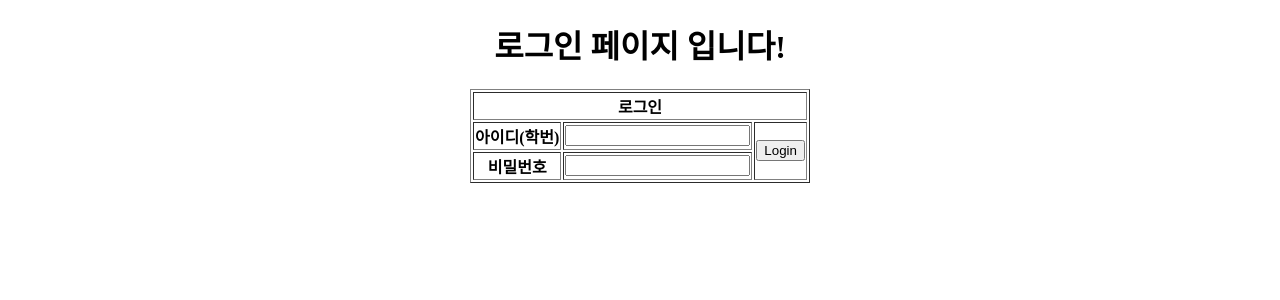
Repository: Park-In-Geun/Programming
Page: 웹프로그래밍 프로젝트/WebProject/WebContent/login.html
The author's editor kept a copy of each file at every save. The page is drawn from the files as they stood at one save, then again after the next save.
The browser window is 1280 px wide. The pictures show the whole page.

Above is the page before, as saved 2018-06-13 16:18:34.

### 웹프로그래밍 프로젝트/WebProject/WebContent/login.html
<!DOCTYPE html>
<html>
<head>
<meta charset="EUC-KR">
<title>로그인 페이지</title>
</head>
<body>
<center>
<h1>로그인 페이지 입니다!</h1>
<form method=post action=login.jsp>
<table border=collapse>
<tr>
	<td colspan="3" align="center"><strong>로그인</strong></td>
</tr>
<tr>
	<td align="center"><strong>아이디(학번)</strong>
	<td><input type=text name=id>
	<td rowspan="2"><input type=submit value=Login>
</tr>
<tr>
	<td align="center"><strong>비밀번호
	<td><input type=password name=password>
</tr>
</table>
</center>
</body>
</html>

After the next save:
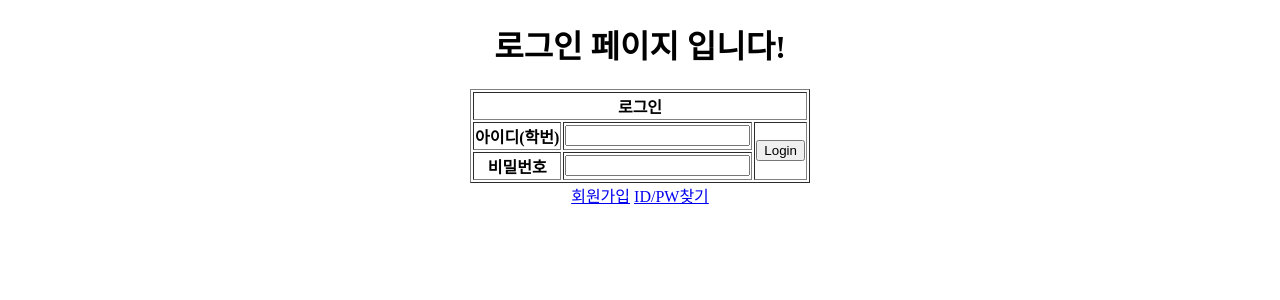
Saved 25 s later.
--- a/웹프로그래밍 프로젝트/WebProject/WebContent/login.html
+++ b/웹프로그래밍 프로젝트/WebProject/WebContent/login.html
@@ -22,6 +22,9 @@
 	<td><input type=password name=password>
 </tr>
 </table>
+</form>
+<a href="regist.html">회원가입</a>
+<a href="find.html">ID/PW찾기</a>
 </center>
 </body>
 </html>
